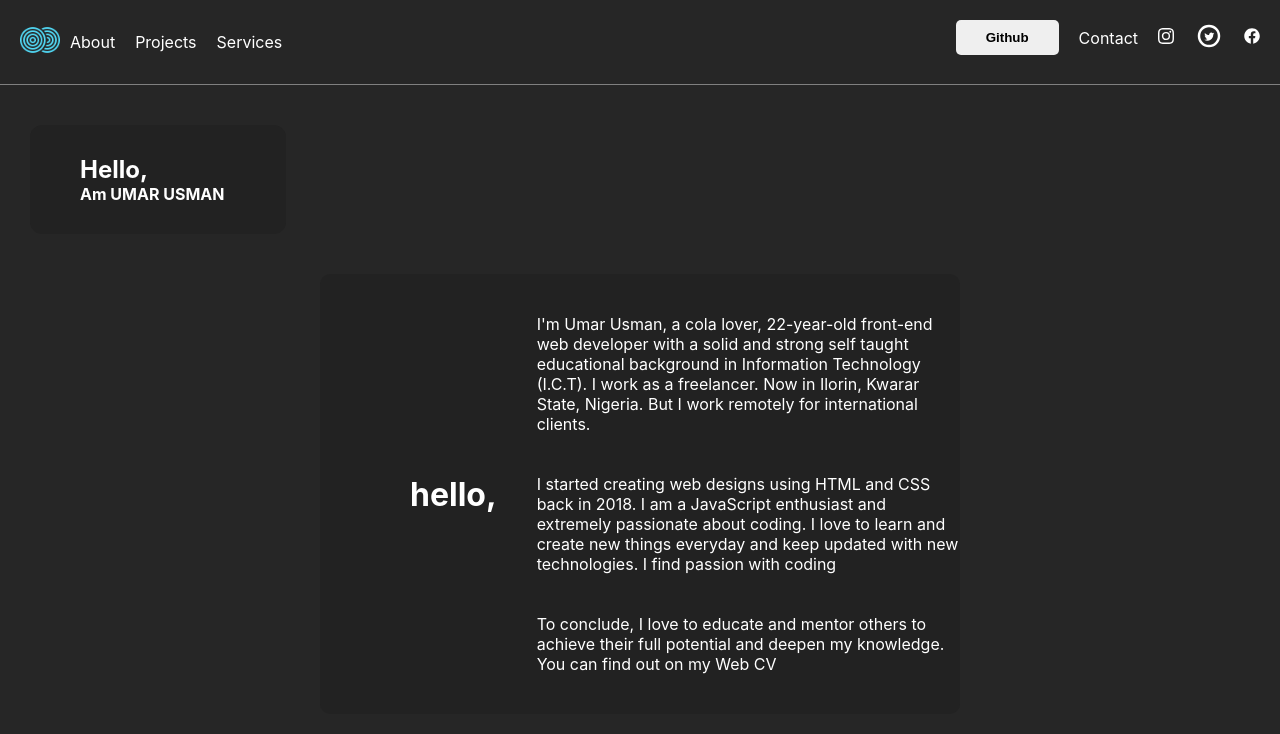
Repository: uh-sman/Portfolio
Page: /
The author's editor kept a copy of each file at every save. The page is drawn from the files as they stood at one save, then again after the next save.
The browser window is 1280 px wide. The pictures show the whole page.
The project was rebuilt for these pictures with package versions that can differ from the ones it lists, and the page was loaded fresh each time. Also part of the build but not shown: src/components/repositories.css, src/components/repositories.js, src/components/RepositoriesCard.jsx, src/components/projects.css, src/components/Projects.jsx, src/components/services.css, src/components/Services.jsx.

Above is the page before, as saved 2022-11-28 05:15:12.

### src/index.js
import React from "react";
import ReactDOM from "react-dom/client";
import { BrowserRouter } from "react-router-dom";
import "./index.css";
import App from "./App";

const root = ReactDOM.createRoot(document.getElementById("root"));
root.render(
  <BrowserRouter>
    <React.StrictMode>
      <App />
    </React.StrictMode>
  </BrowserRouter>
);

### src/App.js
import "./App.css";
import { Index } from "./components/index";
import { Route, Routes } from "react-router-dom";
import About from "./components/About";
import "animate.css";
import Projects from "./components/Projects";
import Services from "./components/Services";
// import Services from "./components/Services";
function App() {
  return (
    <div className="App">
      <Index />
      <Routes>
        <Route path="/" element={<About />} />
        <Route path="/projects" element={<Projects />} />
        <Route path="/services" element={<Services />} />
      </Routes>
    </div>
  );
}

export default App;

### src/App.css
* {
  margin: 0px;
  padding: 0px;
  box-sizing: border-box;
  text-decoration: none;
  list-style: none;
}
body {
  /* background: rgb(2, 0, 36);
  background: linear-gradient(
    90deg,
    rgba(2, 0, 36, 1) 0%,
    rgba(4, 14, 33, 1) 90%,
    rgba(5, 52, 61, 1) 100%
  ); */
  background: #262626;
}

### src/components/index.js
import React from "react";
import { Navbar } from "./Navbar";
import { Route, Routes } from "react-router-dom";
export const Index = () => {
  return (
    <div>
      <Navbar />
    </div>
  );
};

### src/components/About.jsx
import Lottie from "lottie-web";
import React from "react";
import monitor from "../assets/monitor.png";
import "./about.css";
import RepositoriesCard from "./RepositoriesCard";
const About = () => {
  return (
    <div>
      <div className="about">
        <div className="introduction">
          <h2>Hello,</h2>
          <h4>Am UMAR USMAN</h4>
        </div>
        <div className="about-side">
          <div className="about-myself">
            <div className="image-section">
              {/* <Lottie /> */}
              <h1>hello,</h1>
            </div>
            <div className="text-section">
              <p className="text">
                I'm Umar Usman, a cola lover, 22-year-old front-end web
                developer with a solid and strong self taught educational
                background in Information Technology (I.C.T). I work as a
                freelancer. Now in Ilorin, Kwarar State, Nigeria. But I work
                remotely for international clients.
              </p>
              <p className="text">
                I started creating web designs using HTML and CSS back in 2018.
                I am a JavaScript enthusiast and extremely passionate about
                coding. I love to learn and create new things everyday and keep
                updated with new technologies. I find passion with coding
              </p>
              <p className="text">
                To conclude, I love to educate and mentor others to achieve
                their full potential and deepen my knowledge. You can find out
                on my <a>Web CV</a>
              </p>
            </div>
          </div>
        </div>
      </div>
    </div>
  );
};

export default About;

### src/components/Navbar.jsx
import React, { useState } from "react";
import { Link } from "react-router-dom";
import logo from "../assets/ico.png";
import "./navbar.css";
import { Profile } from "./Profile";
export const Navbar = () => {
  const [active, isActive] = useState(false);
  // Get the container element
  // const activeLink = document.querySelector("nav-list");
  // const style = {
  //   backgroundColor: "red",
  //   width: "100%",
  //   height: "100%",
  // };
  // Get all buttons with class="btn" inside the container
  // const btnActive = activeLink.getElementsByClassName("btn");
  // Loop through the buttons and add the active class to the current/clicked button
  // for (var i = 0; i < btnActive.length; i++) {
  //   btnActive[i].addEventListener("click", function () {
  //     var currentMode = document.getElementsByClassName("active");
  //     currentMode[0].className = currentMode[0].className.replace("active", "");
  //     this.className += "active";
  //   });
  // }
  // activeLink.addEventListener()
  return (
    <div>
      <nav className="navbar-container">
        <div className="navbar">
          <div className="navbar-nav">
            <div>
              <a>
                <img src={logo} className="logo" />
              </a>
            </div>
            <ul className="nav-list">
              <Link to="/">
                <a href="">About</a>
              </Link>
              <Link to="/projects">
                <a href="">Projects</a>
              </Link>
              <Link to="/services" className="btn">
                <a href="">Services</a>
              </Link>
            </ul>
          </div>
          <div>
            <Profile />
          </div>
        </div>
      </nav>
    </div>
  );
};

### src/components/about.css
.about {
  color: white;
  margin-bottom: 20px;
}
.introduction {
  margin: 40px 30px;
  color: white;
  border-radius: 12px;
  display: flex;
  width: 20%;
  flex-direction: column;
  background: #222222;
  padding: 30px 50px;
}
.about-side {
  display: flex;
  justify-content: center;
  margin: auto;
  height: 30%;
  width: 50%;
}
.about-myself {
  border-radius: 10px;
  background-color: #222222;
  padding: 40px 0px;
  display: flex;
  margin: auto;
  align-items: center;
  justify-content: center;
  /* flex-direction: column; */
  gap: 40px;
}
.image-section {
  padding-left: 90px;
}
.text-section {
  display: flex;
  flex-direction: column;
  gap: 40px;
  width: 70%;
}
.text {
}
.computer-image {
  width: 20px;
  height: 20px;
}
@media only screen and (max-width: 950px) {
  .about-myself {
    flex-direction: column;
  }
  .introduction {
    width: 40%;
  }
  .about-side {
    width: 90%;
  }
}

### src/components/navbar.css
.nav-list {
  display: flex;
  align-items: center;
  gap: 20px;
}
.nav-list a {
  color: white;
}
.navbar {
  margin: 20px 20px;
  display: flex;
  justify-content: space-between;
}
.navbar-nav {
  display: flex;
  gap: 10px;
}
.logo {
  width: 40px;
  height: 40px;
  color: white;
}
.navbar-container {
  border-bottom: 0.5px solid gray;
}
/* .btn {
  border: transparent;
  outline: none;
  background: rgba(2, 0, 36, 1) 0%;
} */
/* .active, */
/* .btnSelect:hover {
  border: none;
  border-bottom: 1px solid lightblue;
  cursor: pointer;
} */

@media only screen and (min-width: 200px) and (max-width: 950px) {
  .nav-list {
    display: none;
  }
}

### src/components/Profile.js
import React, { useState } from "react";
import { SiFacebook } from "react-icons/si";
import { FaWhatsapp, FaFacebook, FaRegWindowClose } from "react-icons/fa";
import { TiSocialTwitterCircular } from "react-icons/ti";
import { Link } from "react-router-dom";
import { BsInstagram } from "react-icons/bs";
import burger from "../assets/burger-menu.png";
import close from "../assets/icons8.png";

import "animate.css";
import "./profile.css";
export const Profile = () => {
  const [isActive, setIsActive] = useState(false);
  const style = {
    position: "fixed",
    top: "0",
    bottom: "0",
    right: "0",
    background: "white",
    width: "300px",
    listStyle: " none",
    padding: "20px",
    display: "flex",
    flexDirection: "column",
    transform: `${(props) =>
      props.show ? "translateX(0)" : "translateX(100%)"}`,
    textAlign: "start",

    transition: "transform 0.3s ease-in",
  };

  return (
    <div>
      <div>
        <section className="profile-section ">
          <button className="button">
            <a>Github</a>
          </button>
          <a>Contact</a>
          <a>
            <BsInstagram />
          </a>
          <a>
            <TiSocialTwitterCircular className="twitter" />
          </a>
          <a>
            <FaFacebook />
          </a>
        </section>
        {isActive ? (
          <div className="sidebar-container">
            <div>
              <FaRegWindowClose
                className="close"
                onClick={() => setIsActive(!isActive)}
              />
              {/* <img src={close} /> */}
            </div>
            <section className="sidebar-section ">
              <ul className="links">
                <Link to="/">
                  <a href="">About</a>
                </Link>
                <Link to="/projects">
                  <a href="">Projects</a>
                </Link>
                <Link to="/services">
                  <a href="">Services</a>
                </Link>
                <button className="button">
                  <a className="link">Github</a>
                </button>
                <a>Contact</a>
              </ul>
              <ul className="link-icons">
                <a>
                  <BsInstagram className="instagram" />
                </a>
                <a>
                  <TiSocialTwitterCircular className="twitter" />
                </a>
                <a>
                  <FaFacebook className="facebook" />
                </a>
              </ul>
            </section>
          </div>
        ) : (
          <div>
            <img
              src={burger}
              className="burger-menu"
              onClick={() => setIsActive(!isActive)}
            />
          </div>
        )}
      </div>
    </div>
  );
};

### src/components/profile.css
.profile-section {
  display: flex;
  gap: 20px;
  align-items: center;
  color: white;
}
.links {
  display: flex;
  flex-direction: column;
  /* display: flex; */
  align-items: center;
  gap: 20px;
}
.links a {
  color: white;
}
.sidebar-container {
  /* display: inline-block; */
  /* margin: 0 0.5rem; */
  /* animation: slideInRight 2s; */
  /* animation-duration: 2s; */
  border-top-left-radius: 10px;
  border-bottom-left-radius: 10px;
  height: 100%;
  width: 40%;
  top: 0px;
  right: 0px;
  background-color: #222222;
  position: fixed;
}
.burger-menu {
  width: 30px;
  height: 30px;
}
.close {
  color: white;
  width: 30px;
  height: 30px;
  margin-left: 10px;
  margin-top: 4px;
}
.button {
  padding: 10px 30px;
  box-shadow: gray;
  border: none;
  font-weight: 700;
  border-radius: 5px;
}
.button a {
  color: black;
}
.link-icons {
  margin-top: 20px;
  display: flex;
  align-items: center;
  gap: 10px;
}
.instagram {
  font-size: 20px;
}
.facebook {
  font-size: 20px;
}
.twitter {
  font-size: 30px;
}

@media only screen and (min-width: 200px) and (max-width: 950px) {
  .profile-section {
    display: none;
  }
}
@media only screen and (min-width: 950px) {
  .burger-menu {
    display: none;
  }
}
.sidebar-section {
  margin-top: 40%;
  justify-content: center;
  display: flex;
  flex-direction: column;
  align-items: center;
  color: white;
}
/* animate__slideInRight */

Loaded but not shown: public/index.html (common file); src/index.css (common file)

After the next save:
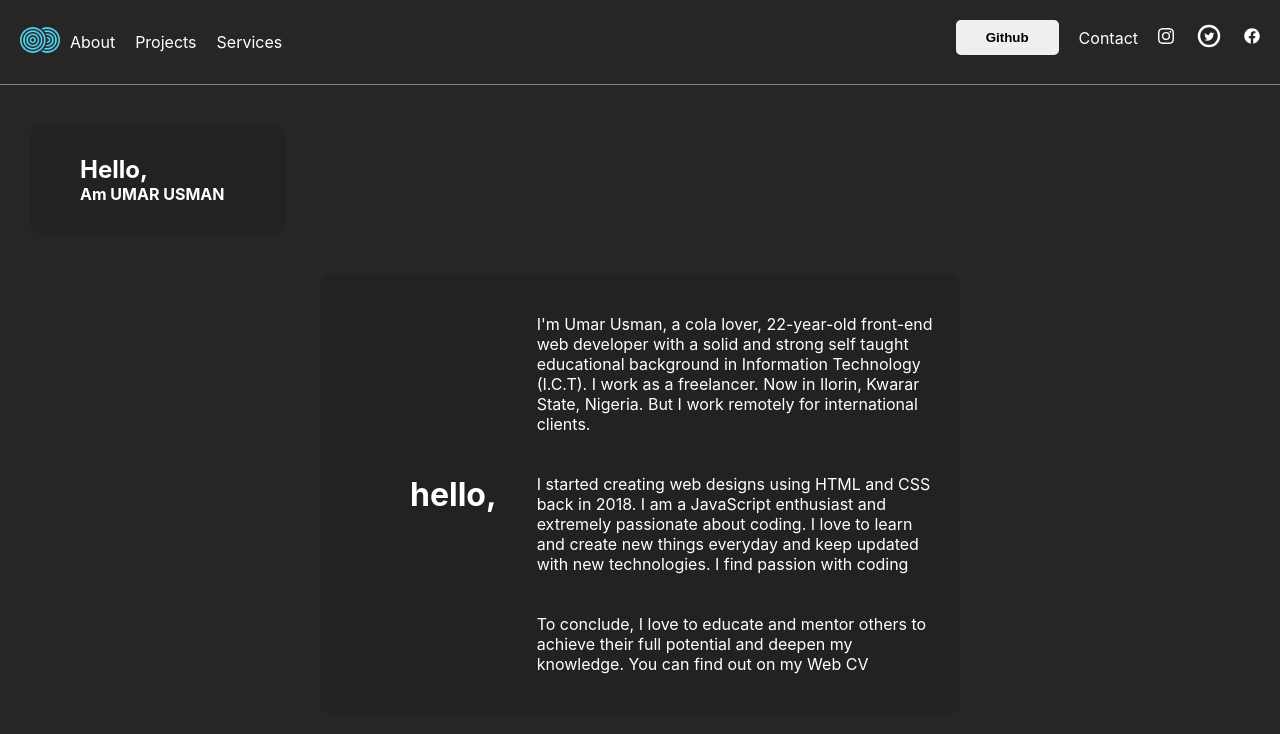
Saved 88 s later.
--- a/src/components/about.css
+++ b/src/components/about.css
@@ -35,6 +35,7 @@
 }
 .text-section {
   display: flex;
+  padding-right: 20px;
   flex-direction: column;
   gap: 40px;
   width: 70%;
